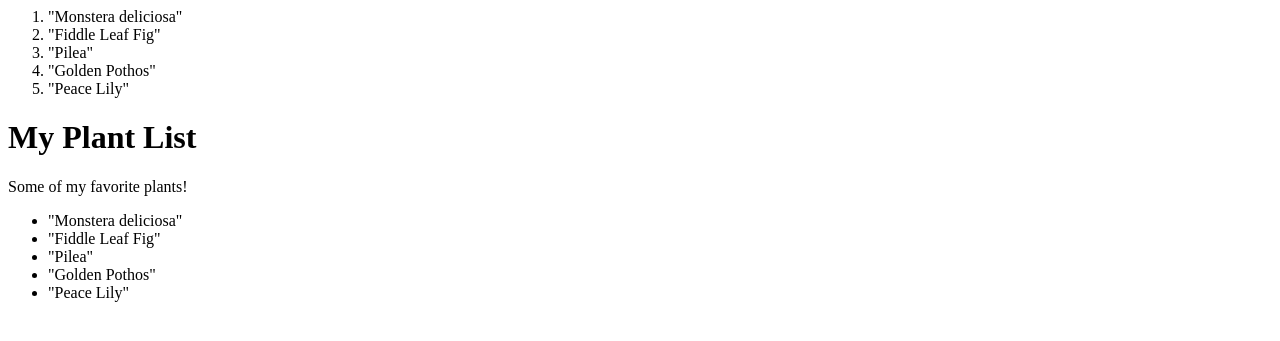
Repository: travinne/travthegr88
Page: development/code/phase-0/phase-0-html-experiencing-html-lab/my_list.html
These files come from the project's save history. The page is drawn as it stood at one moment and after the next save; the edit follows.
The browser window is 1280 px wide. The pictures show the whole page.

Above is the page before, as saved 2025-02-28 23:55:09.

### development/code/phase-0/phase-0-html-experiencing-html-lab/my_list.html
<ol>
<li>"Monstera deliciosa"</li>
<li>"Fiddle Leaf Fig"</li>
<li>"Pilea"</li>
<li>"Golden Pothos"</li>
<li>"Peace Lily"</li>
</ol>

<h1>My Plant List</h1>

<p>Some of my favorite plants!</p>
<ul>
<li>"Monstera deliciosa"</li>
<li>"Fiddle Leaf Fig"</li>
<li>"Pilea"</li>
<li>"Golden Pothos"</li>
<li>"Peace Lily"</li>
</ul>

After the next save:
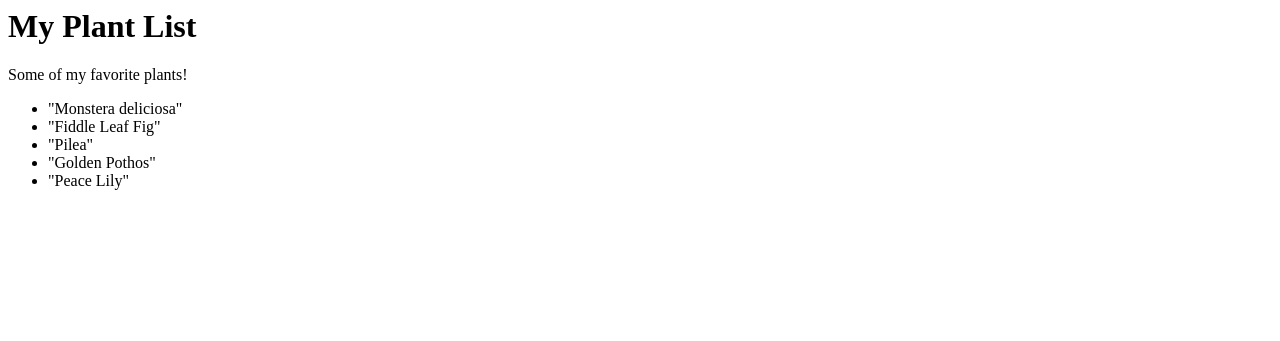
Saved 78 s later.
--- a/development/code/phase-0/phase-0-html-experiencing-html-lab/my_list.html
+++ b/development/code/phase-0/phase-0-html-experiencing-html-lab/my_list.html
@@ -1,11 +1,3 @@
-<ol>
-<li>"Monstera deliciosa"</li>
-<li>"Fiddle Leaf Fig"</li>
-<li>"Pilea"</li>
-<li>"Golden Pothos"</li>
-<li>"Peace Lily"</li>
-</ol>
-
 <h1>My Plant List</h1>
 
 <p>Some of my favorite plants!</p>
